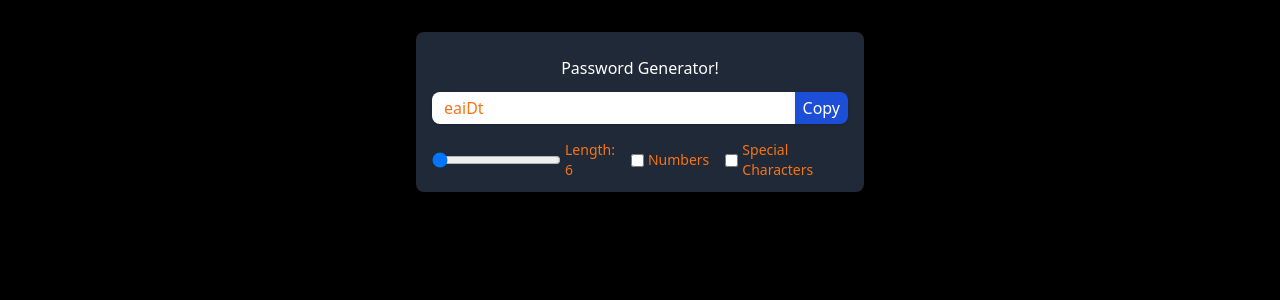
Repository: tirth2014/chai-aur-react
Page: / (app in 05_password-generator/)
The author's editor kept a copy of each file at every save. The page is drawn from the files as they stood at one save, then again after the next save.
The browser window is 1280 px wide. The pictures show the whole page.
The project was rebuilt for these pictures with package versions that can differ from the ones it lists, and the page was loaded fresh each time. Also part of the build but not shown: 05_password-generator/vite.config.js.

Above is the page before, as saved 2023-10-08 01:24:09.

### 05_password-generator/src/App.jsx
import { useCallback, useEffect, useState, useRef } from 'react'

function App() {

  const [password, setPassword] = useState('');
  const [length, setLength] = useState(6);
  const [numsAllowed, setNumsAllowed] = useState(false);
  const [spCharAllowed, setSpCharAllowed] = useState(false);

  const passwordRef = useRef(null)

  // useCallback is a React Hook that lets you cache a function definition between re-renders.
  // const cachedFn = useCallback(fn, dependencies)

  const passwordGenerator = useCallback(
    ()=> {
      let pass = ""
      let str = "ABCDEFGHIJKLMNOPQRSTUVWXYZabcdefghijklmnopqrstuvwxyz"
      if (numsAllowed) str += "0123456789"
      if (spCharAllowed) str += "!@#$%^&*-_+=[]{}~`"

      for (let i = 1; i <= length; i++) {
        const strIdx = Math.floor(Math.random() * str.length + 1);
        pass += str.charAt(strIdx);
      }

      setPassword(pass);

    } , [length,numsAllowed,spCharAllowed] )
    // } , [length,numsAllowed,spCharAllowed,setPassword] )
    // we should not include setPassword in the useCallback dependency array, because when this functional component re-renders,
    // the reference of the setPassword function would be different from the setPassword function on previous render.
    // So this would again create the function. This would totally defy the reason why we are using useCallback
    // as the function would again be created on every re-render.

    useEffect(()=> {
      passwordGenerator();
    }, [length, numsAllowed, spCharAllowed, passwordGenerator])

    const copyPassToClipboard = () => {
      passwordRef.current?.select();  // select the copied text. So, that user can know it's copied!
      // passwordRef.current?.setSelectionRange(0, 10);
      window.navigator.clipboard.writeText(password)
    }


  return (
      <div className="w-full max-w-md mx-auto shadow-md rounded-lg px-4 py-3 my-8 bg-gray-800 text-orange-500">
        <h1 className='text-white text-center my-3'>Password Generator!</h1>
        <div className='flex shadow rounded-lg overflow-hidden mb-4'>
          <input
            type="text"
            value={password}
            placeholder='password'
            readOnly
            ref = {passwordRef}
            className='outline-none w-full py-1 px-3'
          />
          <button className='outline-none shadow bg-blue-700 text-white px-2 py-1 shrink-0' onClick={copyPassToClipboard}>Copy</button>
        </div>

        <div className='flex text-sm gap-x-4'>
          <div className='flex items-center gap-x-1'>
            <input
            type="range"
            name="passLength"
            id="passLength"
            min={6}
            max={20}
            value={length}  // If value is not given then even for minLen the cursor will point at maxLen on reload
            className='cursor-pointer'
            onChange={(e) => setLength(e.currentTarget.value)}
            />
            <label htmlFor="passLength" >Length: {length}</label>
          </div>

          <div className='flex items-center gap-x-1'>
            <input
            type="checkbox"
            id='numsAllowed'
            defaultChecked={numsAllowed}
            onChange={() => setNumsAllowed((prev) => !prev)}
            />
            <label htmlFor="numsAllowed">Numbers</label>
          </div>

          <div className='flex items-center gap-x-1'>
            <input
            type="checkbox"
            id='spCharAllowed'
            onChange={() => setSpCharAllowed((prev) => !prev)}
            defaultChecked={spCharAllowed}
            />
            <label htmlFor="spCharAllowed">Special Characters</label>
          </div>

        </div>
      </div>
  )
}

export default App

Loaded but not shown: 05_password-generator/index.html (common file); 05_password-generator/src/main.jsx (common file); 05_password-generator/src/index.css (common file); 05_password-generator/tailwind.config.js (common file)

After the next save:
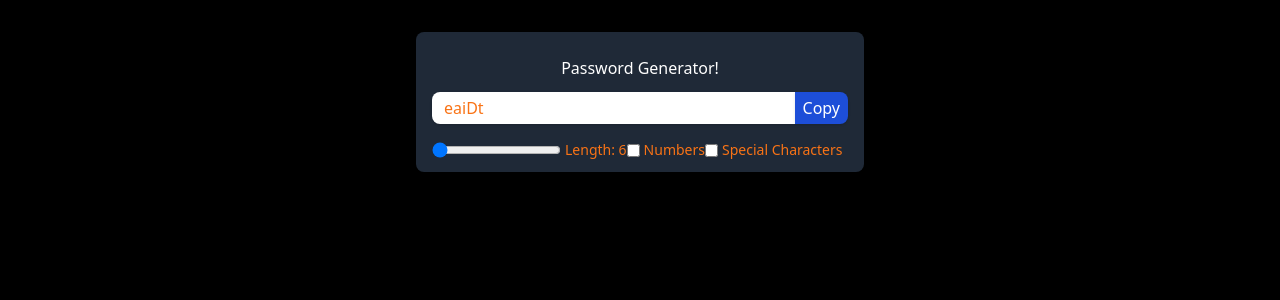
Saved 10 s later.
--- a/05_password-generator/src/App.jsx
+++ b/05_password-generator/src/App.jsx
@@ -59,7 +59,7 @@ function App() {
           <button className='outline-none shadow bg-blue-700 text-white px-2 py-1 shrink-0' onClick={copyPassToClipboard}>Copy</button>
         </div>
 
-        <div className='flex text-sm gap-x-4'>
+        <div className='flex text-sm '>
           <div className='flex items-center gap-x-1'>
             <input
             type="range"
